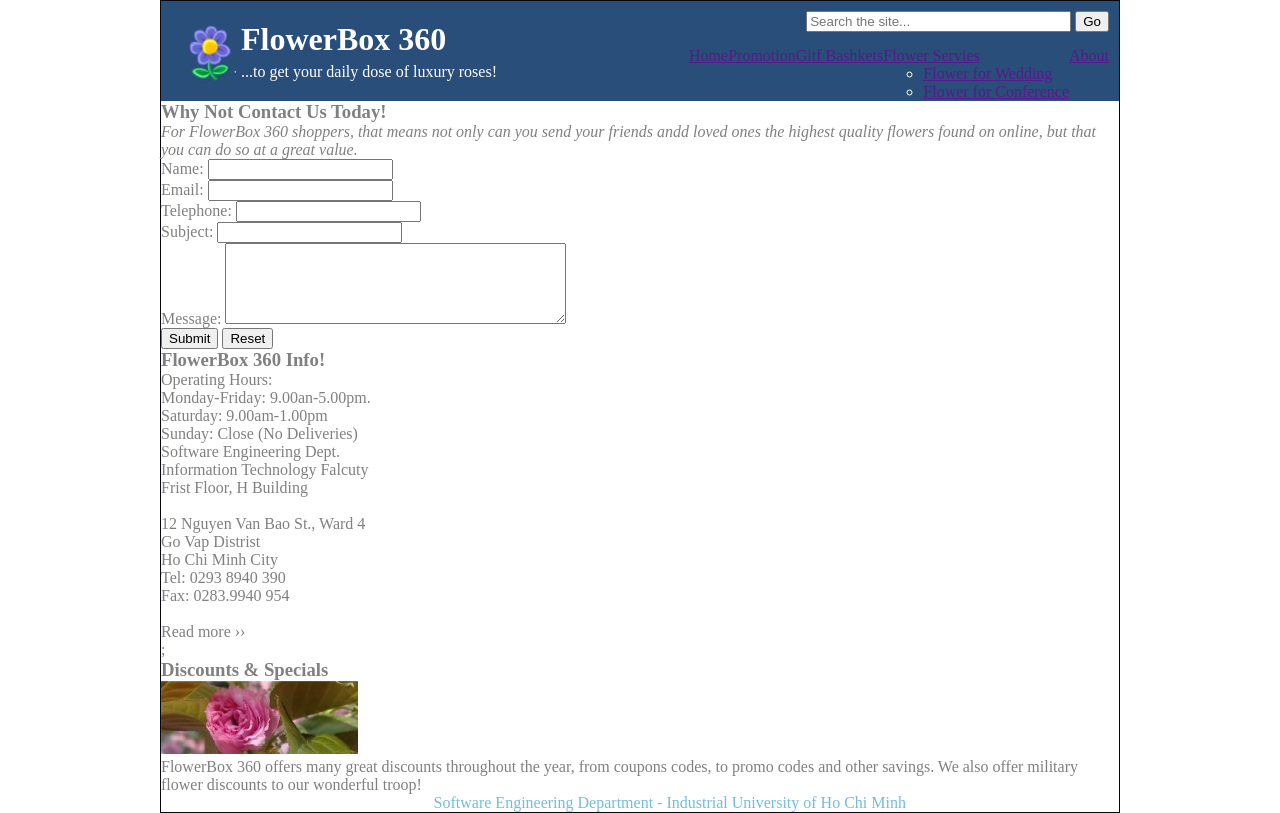
Repository: duongtheng/bai-tap-tuan-6
Page: html/index.html
These files come from the project's save history. The page is drawn as it stood at one moment and after the next save; the edit follows.
The browser window is 1280 px wide. The pictures show the whole page.

Above is the page before, as saved 2022-03-23 13:59:23.

### html/index.html
<!DOCTYPE html>
<html lang="en">
<head>
    <meta charset="UTF-8">
    <meta http-equiv="X-UA-Compatible" content="IE=edge">
    <meta name="viewport" content="width=device-width, initial-scale=1.0">
    <title>Tuan 06</title>
    <link rel="stylesheet" href="../css/style.css">
</head>
<body>
    <header>
        <img src="../img/logo.jpg" alt="">
        <h1>FlowerBox 360</h1>
        <p>...to get your daily dose of luxury roses!</p>
        <form action="">
            <input type="search" id="txtSearch" placeholder="Search the site..." size="30">
            <button>Go</button>
        </form>
        <ul class="menu-parent">
            <li><a href="">Home</a></li>
            <li><a href="">Promotion</a></li>
            <li><a href="">Gitf Bashkets</a></li>
            <li><a href="">Flower Servies</a>
                <ul class="menu-child">
                    <li><a href="">Flower for Wedding</a></li>
                    <li><a href="">Flower for Conference</a></li>
                </ul>
            </li>
            <li><a href="">About</a></li>
        </ul>
    </header>
    <section>
        <h3>Why Not Contact Us Today!</h3>
        <form action="">
            <p><i>For FlowerBox 360 shoppers, that means not only can you send your friends andd loved ones
                the highest quality flowers found on online, but that you can do so at a great value.
            </i></p>
            <div class="form-row">
                <div class="form-col">
                    <label for="txtName">Name: </label>
                    <input type="text" id="txtName">
                </div>
                <div class="form-col">
                    <label for="txtEmail">Email: </label>
                    <input type="email" id="txtEmail">
                </div>
            </div>
            <div class="form-row">
                <div class="form-col">
                    <label for="txtName">Telephone: </label>
                    <input type="text" id="txtName">
                </div>
                <div class="form-col">
                    <label for="txtEmail">Subject: </label>
                    <input type="email" id="txtEmail">
                </div>
            </div>
            <div class="form-row">
                <label for="txtMessage">Message: </label>
                <textarea id="txtMessage" cols="40" rows="5"></textarea>
            </div>
            <div class="form-row">
                <button type="submit">Submit </button>
                <button type="reset">Reset </button>
            </div>
        </form>

    <div id="section-right">
        <h3>FlowerBox 360 Info!</h3>
        <p>
            Operating Hours: <br> Monday-Friday: 9.00an-5.00pm. <br> Saturday: 9.00am-1.00pm <br> Sunday: Close (No Deliveries) <br>
        </p>
        <p>
            Software Engineering Dept. <br> Information Technology Falcuty <br> Frist Floor, H Building <br><br>
        </p>
        <p>
            12 Nguyen Van Bao St., Ward 4 <br> Go Vap Distrist <br> Ho Chi Minh City <br> Tel: 0293 8940 390 <br> Fax: 0283.9940 954
        </p>
        <br>
        <p>Read more &#155;&#155;</p>;
    </div>
    </section>
    <aside>
        <h3>Discounts & Specials</h3>
        <img src="../img/flower.jpg" alt="">
        <p>
            FlowerBox 360 offers many great discounts throughout the year, from coupons codes, to promo codes and other savings.
            We also offer military flower discounts to our wonderful troop!
        </p>
    </aside>
    <footer>
        <p>
            <span style="color: white;">Copyright &copy; 2022 - All Rights Reserved - </span>
            <span style="color: rgb(114, 189, 219);">Software Engineering Department - Industrial University of Ho Chi Minh </span>
        </p>
    </footer>
</body>
</html>

### css/style.css
*{
    margin: 0 auto;
    box-sizing: border-box;
}

body{
    width: 960px;
    border: 1px solid rgb(6, 6, 14);
    color: gray;
}

header{
    height: 100px;
    background-color: #294e79;
    position: relative;
    color: white;
}

header img{
    position: absolute;
    top: 20px;
    left: 20px;
}

header h1{
    position: absolute;
    top: 20px;
    left: 80px;
}

header p{
    position: absolute;
    bottom: 20px;
    left: 80px;
}

header form{
    position: absolute;
    top: 10px;
    right: 10px;
}

.menu-parent{
    position: absolute;
    right: 10px;
    bottom: 0;
    display: flex;
    list-style: none;
}

After the next save:
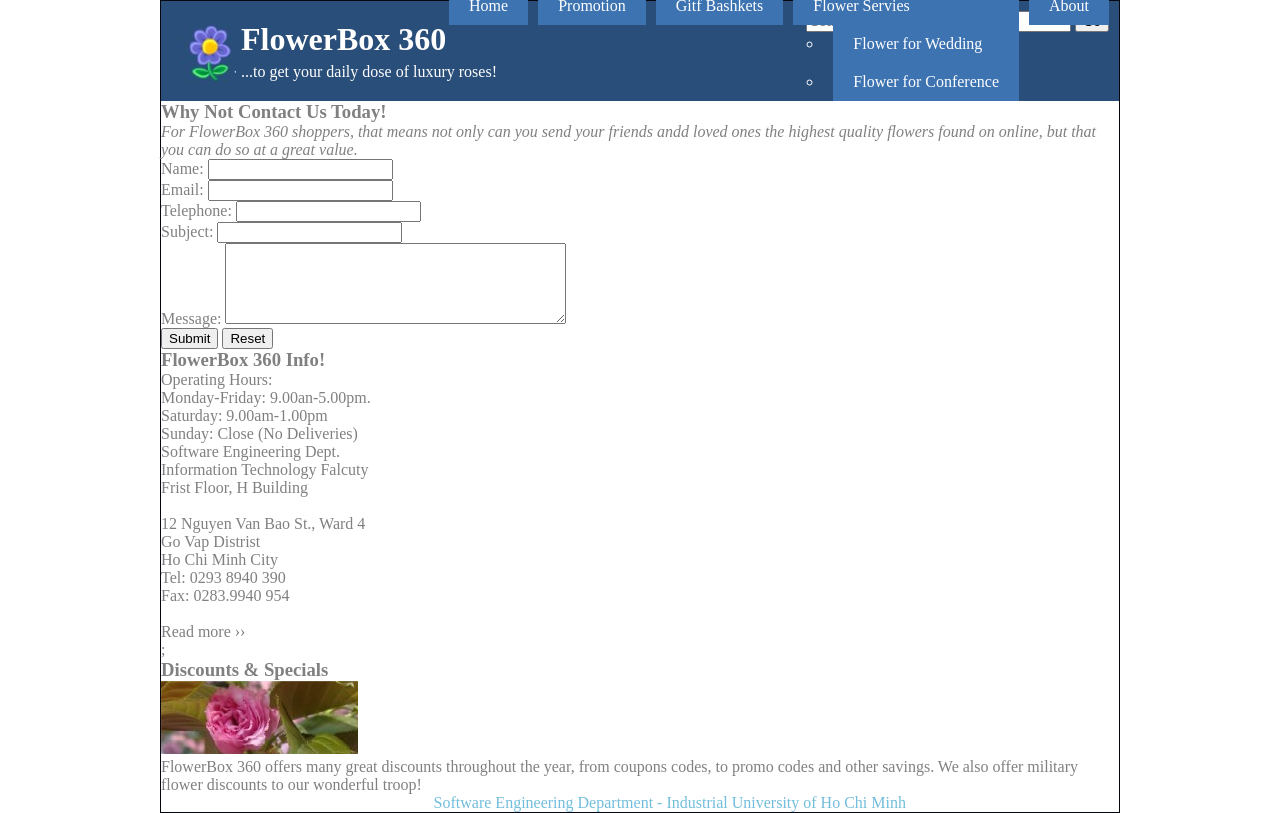
Saved 80 s later.
--- a/css/style.css
+++ b/css/style.css
@@ -47,3 +47,12 @@ header form{
     display: flex;
     list-style: none;
 }
+
+.menu-parent a{
+    color: white;
+    padding: 10px 20px;
+    display: block;
+    text-decoration: none;
+    background-color: #3d73b1;
+    margin-left: 10px;
+}
